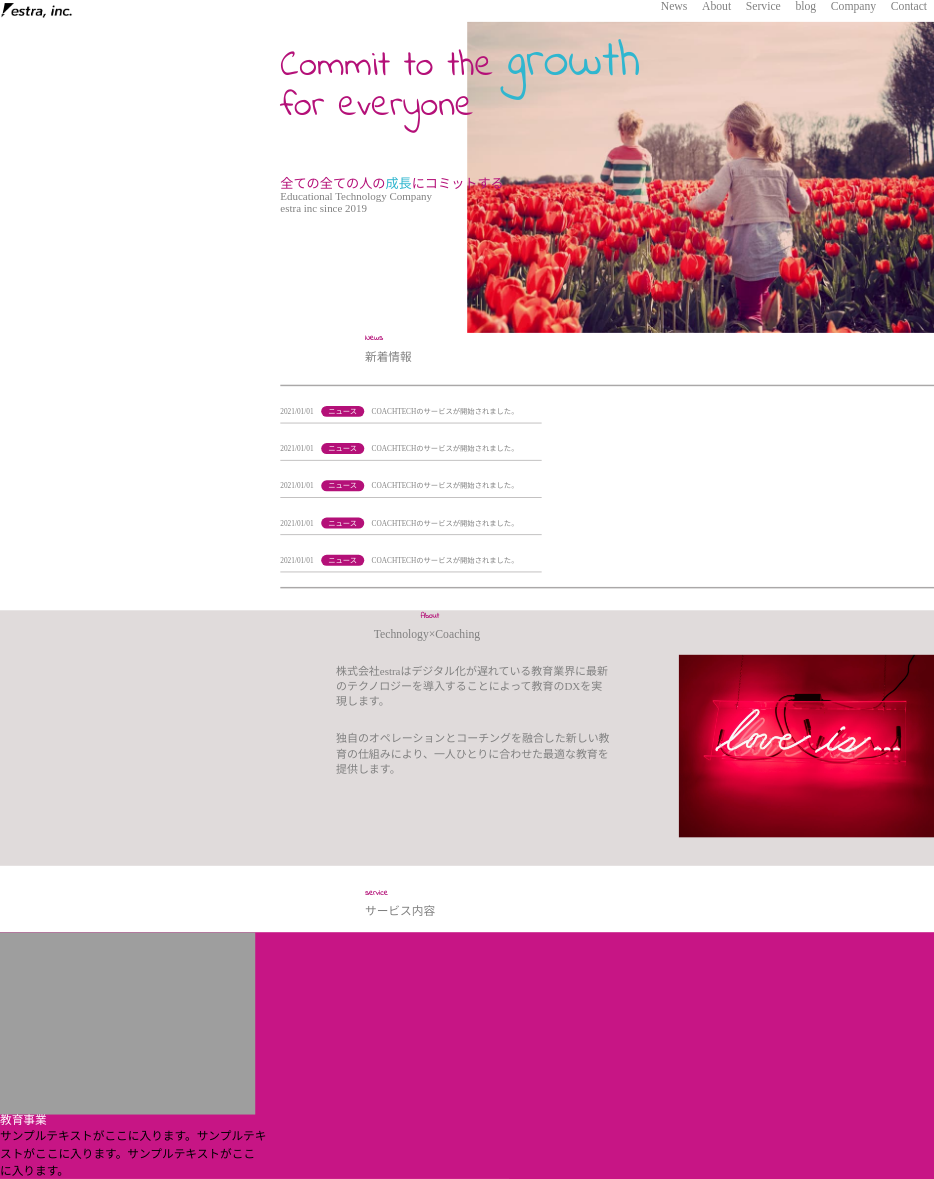
Repository: sigemasaasuka/20210902
Page: index.html
An editor plug-in stored every save of this project. The page is shown before and after a run of saves, followed by the edit.
The browser window is 1280 px wide. The pictures show the whole page, at 73% of full size.
Pictures or frames that could not be fetched are drawn as grey boxes.

Above is the page before, as saved 2021-09-25 20:51:39.

### index.html
<!DOCTYPE html>
<html lang="ja">

<head>
  <meta charset="UTF-8">
  <meta name="viewport" content="width=device-width, initial-scale=1.0">
  <title>Document</title>
  <link rel="stylesheet" href="css/style.css">
  <link rel="stylesheet" href="css/reset.css">
  <link rel="preconnect" href="https://fonts.googleapis.com">
  <link rel="preconnect" href="https://fonts.gstatic.com" crossorigin>
  <link href="https://fonts.googleapis.com/css2?family=Indie+Flower&display=swap" rel="stylesheet">
</head>

<body>
  <div class="flex">
    <div class="logo">
      <img src="img/img/estra_logo.png" alt="estra_logo" width="100px" height="30px">
    </div>
    <div class="parent">
      <div class="child">News</div>
      <div class="child">About</div>
      <div class="child">Service</div>
      <div class="child">blog</div>
      <div class="child">Company</div>
      <div class="child">Contact</div>

    </div>
  </div>
  <div class="relative">
    <img class="relative__img" src="img/img/firstview.jpg" alt="firstview">
    <div class="example">
      <h1>Commit to the <span class="document"> growth</span> <br>for everyone</h1>
    </div>
    <div class="second">
      <h3>全ての全ての人の<span class="second-txt">成長</span>にコミットする</h3>
      <p class="subtitle">Educational Technology Company<br>estra inc since 2019</p>
    </div>
  </div>
  <div class="smlltitle">
    <h6>News</h6>
  </div>
  <div class="list">
    <h3>新着情報</h3>
  </div>
  <div class="local">
    <div class="info">
      <p>
        2021/01/01　<a class="practice__btn">ニュース</a>　COACHTECHのサービスが開始されました。
      </p>
    </div>
    <div class="info">
      <p>
        2021/01/01　<a class="practice__btn">ニュース</a>　COACHTECHのサービスが開始されました。
      </p>
    </div>
    <div class="info">
      <p>
        2021/01/01　<a class="practice__btn">ニュース</a>　COACHTECHのサービスが開始されました。
      </p>
    </div>
    <div class="info">
      <p>
        2021/01/01　<a class="practice__btn">ニュース</a>　COACHTECHのサービスが開始されました。
      </p>
    </div>
    <div class="info">
      <p>
        2021/01/01　<a class="practice__btn">ニュース</a>　COACHTECHのサービスが開始されました。
      </p>
    </div>
  </div>
  <div class="colored">
    <div class="smlltitle-2">
      <h6>About</h6>
    </div>
    <div class="list-2">
      <h3>Technology×Coaching</h3>
    </div>
    <div class="flex">
    <div class="info-txt">
      <div class="relate">
        株式会社estraはデジタル化が遅れている教育業界に最新のテクノロジーを導入することによって教育のDXを実現します。
      </div>
      <div class="relate-txt">
        独自のオペレーションとコーチングを融合した新しい教育の仕組みにより、一人ひとりに合わせた最適な教育を提供します。
      </div>

    </div>
      <div class="about">
        <img class="picture__img" src="img/img/about.jpg" alt="about">
      </div>
  </div>
  </div>

  <div class="service">
  <div class="smlltitle-3">
    <h6>service</h6>
  </div>
  <div class="list-3">
    <h3>サービス内容</h3>
  </div>
  <div class="colored2">
  <div class="photo">
    <img class="service__img" src="img/img/service__fitst.svg" alt="service">
  </div>
  <div class="title">
    <h3>教育事業</h3>
   </div>
  <div class="explain">
    サンプルテキストがここに入ります。サンプルテキ<br>ストがここに入ります。サンプルテキストがここ<br>に入ります。
  </div>
</div>
</div>


</body>

</html>

### css/style.css
.img {
  text-align: left;
}

.parent {
  display: flex;
  justify-content: space-between;
  color: gray;
}

.child {
  margin: 0 10px;
  font-weight: lighter;
}

.logo {
  width: 100px;
}
.flex {
  display: flex;
  justify-content: space-between;
  height: 30px;
}

.relative {
  position: relative;
}

.relative__img {
  margin: 0 0 0 auto;
  display: block;
  width: 50%;
}

.example {
  position: absolute;
  top: 5%;
  left: 30%;
  font-size: 50px;
  color: #b41078;
  font-family: "Indie Flower", cursive;
}

.document {
  top: 5%;
  left: 30%;
  font-size: 70px;
  color: #30b6cf;
  font-family: "Indie Flower", cursive;
}

.second {
  position: absolute;
  top: 50%;
  left: 30%;
  font-size: 18px;
  color: #b41078;
}

.second-txt {
  top: 50%;
  left: 30%;
  font-size: 18px;
  color: #30b6cf;
}

.subtitle {
  margin: 0;
  font-size: 15px;
  color: gray;
  font-weight: lighter;
}

.smlltitle {
  color: #b41078;
  font-family: "Indie Flower", cursive;
  margin-left: 500px;
}

.list {
  color: gray;
  margin-left: 500px;
  margin-top: 10px;
}

.local {
  margin-top: 30px;
  margin-left: 30%;
  margin-right: 30px;
  border-color: rgb(170, 168, 168);
  border-top: solid 2px rgb(170, 168, 168);
  border-bottom: solid 2px rgb(170, 168, 168);
  width: 70%;
}

.info {
  margin-bottom: 20px;
  border-width: 0 0 1px 0;
  border-style: solid;
  line-height: 30px;
  border-color: rgb(173, 171, 171);
  margin-top: 20px;
  padding-left: 0;
  font-size: 10px;
  color: gray;
  width: 40%;
}

.practice__btn {
  width: 100px;
  padding: 2px 10px;
  color: #fff;
  border-radius: 30px;
  background-color: #b41078;
  text-align: center;
  margin: 0 auto 0;
}

.colored {
  height: 350px;
  background-color: rgb(224, 219, 219);
  margin-top: 30px;
}
.smlltitle-2 {
  color: #b41078;
  font-family: "Indie Flower", cursive;
  margin-left: 45%;
}

.list-2 {
  color: gray;
  margin-left: 40%;
  margin-top: 10px;
}

.relate {
  color: gray;
  font-size: 15px;
  margin-left: 55%;
  margin-top: 30px;
}

.relate-txt {
  color: gray;
  font-size: 15px;
  margin-left: 55%;
  margin-top: 30px;
}

.picture__img {
  margin-top: 20px;
  width: 350px;
  height: 250px;
}

.smlltitle-3 {
  color: #b41078;
  font-family: "Indie Flower", cursive;
  margin-left: 500px;
  margin-top: 30px;
}

.list-3 {
  color: gray;
  margin-left: 500px;
  margin-top: 10px;
}
.colored2{
  background-color: #C71585;
  margin-top: 20px;
  width: ;
}

.service__img {
  width: 350px;
  height: 250px;
}

.title {
  color: #fff;
}

.photo {
  font-size: 15px;
  color: #fff;
}

### css/reset.css
@charset "UTF-8";
html,
body,
div,
span,
applet,
object,
iframe,
h1,
h2,
h3,
h4,
h5,
h6,
p,
blockquote,
pre,
a,
abbr,
acronym,
address,
big,
cite,
code,
del,
dfn,
em,
img,
ins,
kbd,
q,
s,
samp,
small,
strike,
strong,
sub,
sup,
tt,
var,
b,
u,
i,
center,
dl,
dt,
dd,
ol,
ul,
li,
fieldset,
form,
label,
legend,
table,
caption,
tbody,
tfoot,
thead,
tr,
th,
td,
article,
aside,
canvas,
details,
embed,
figure,
figcaption,
footer,
header,
hgroup,
menu,
nav,
output,
ruby,
section,
summary,
time,
mark,
audio,
video {
  margin: 0;
  padding: 0;
  border: none;
  font-style: normal;
  text-align: left;
  zoom: 1;
}
article,
aside,
details,
figcaption,
figure,
footer,
header,
hgroup,
menu,
nav,
section {
  display: block;
}
table {
  border-collapse: collapse;
  font-family: inherit;
}
h1,
h2,
h3,
h4,
h5 {
  font-size: 100%;
  font-weight: normal;
  line-height: 1;
}
input,
textarea,
select {
  font-family: inherit;
  font-size: 16px;
}
input[type="button"],
input[type="text"],
input[type="submit"] {
  -webkit-appearance: none;
  border-radius: 0;
}
textarea {
  resize: none;
  -webkit-appearance: none;
  border-radius: 0;
}
th,
td {
  border-collapse: collapse;
}
table th,
table td {
  white-space: nowrap;
}
ul,
ol {
  list-style-type: none;
}
img {
  vertical-align: text-bottom;
  vertical-align: -webkit-baseline-middle;
  max-width: 100%;
  height: auto;
  width/***/: auto;
}

After the next 3 saves:
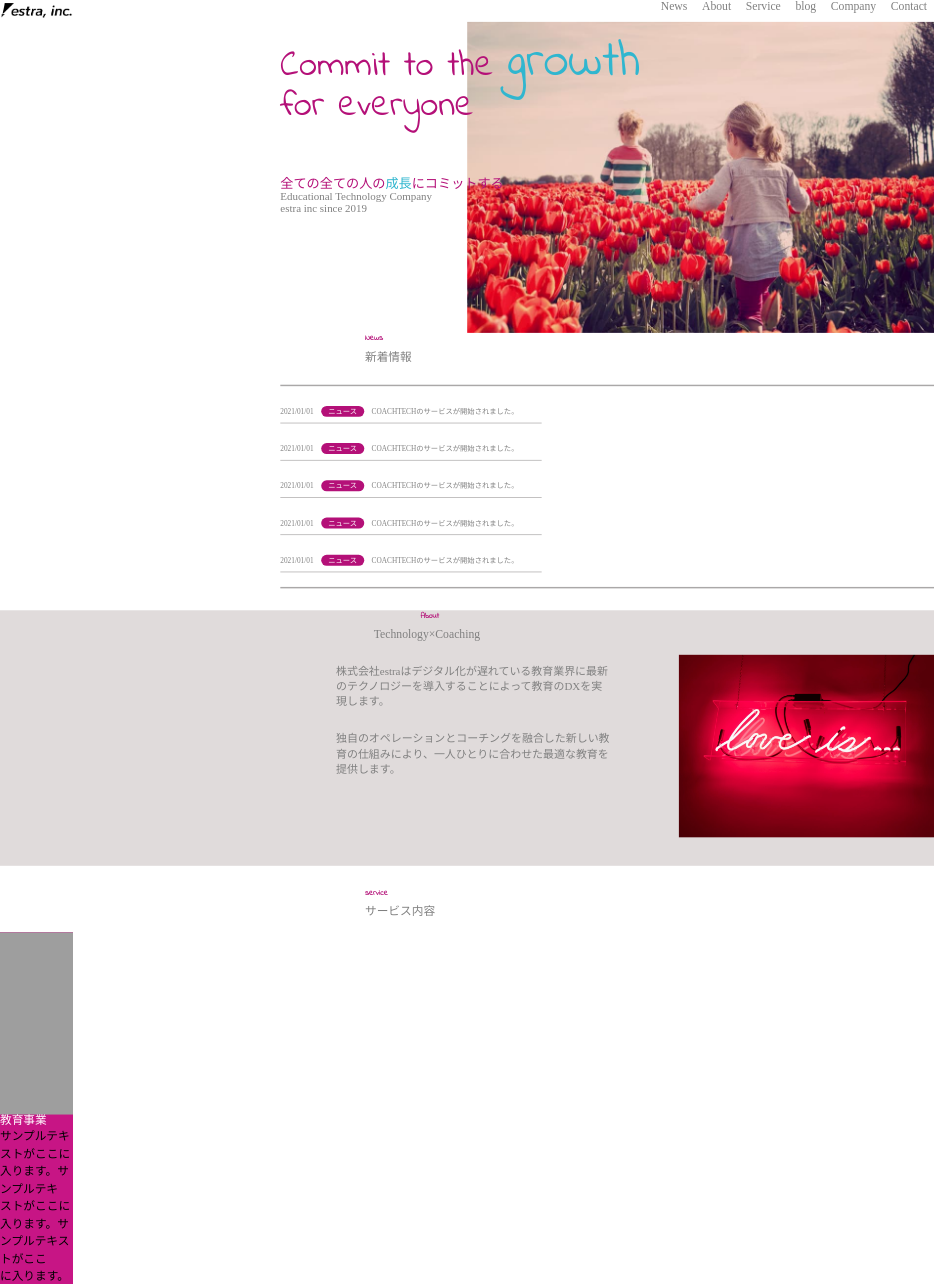
The 3 saves are shown as one change because they came seconds apart.
The last was saved 8 s later.
--- a/css/style.css
+++ b/css/style.css
@@ -165,10 +165,10 @@
   margin-left: 500px;
   margin-top: 10px;
 }
-.colored2{
-  background-color: #C71585;
+.colored2 {
+  background-color: #c71585;
   margin-top: 20px;
-  width: ;
+  width: 100px;
 }
 
 .service__img {
